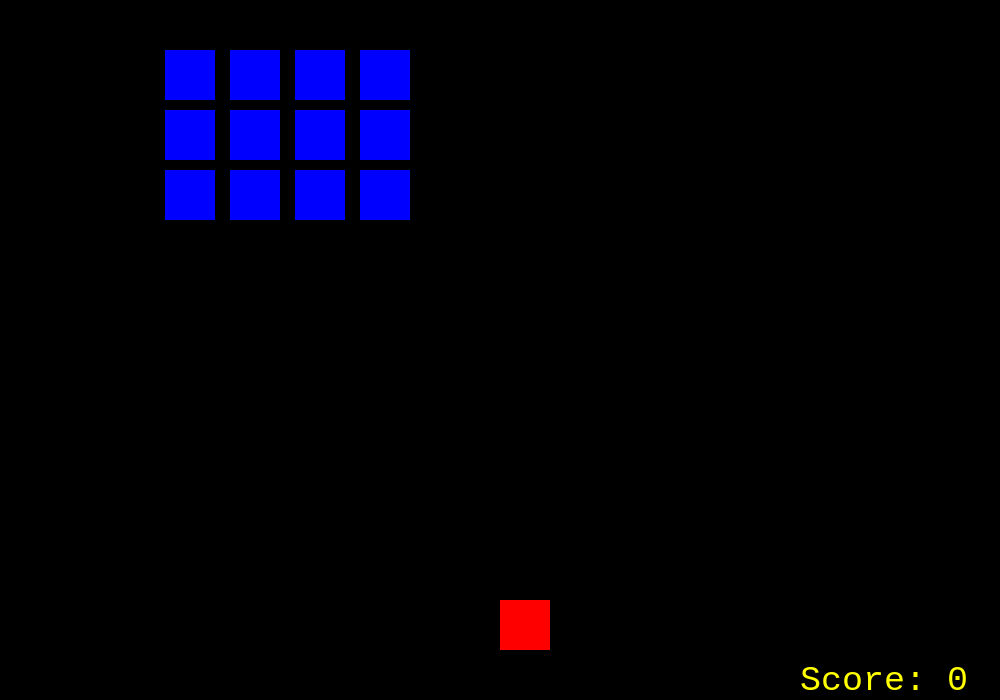
Repository: Igor-Boson/Space-Invaders-Python
Script's output: python main.py
These files come from the project's save history. The script's output is drawn as it stood at one moment and after the next save; the edit follows.
The window is shown after at most 60 frames with no key pressed. A system font it names is replaced by a similar one. Random numbers start from a fixed seed.

Above is the script's output before, as saved 2021-10-23 18:12:25.

### main.py
import sys
import pygame
from game import Game
from screen import Screen
from entity import Player
from handler import Handler

def play_game(handler):
    #initializing
    game.create_alien_matrix()
    game_over = False
    left = False
    right = False

    #running
    while not game_over:

        #AJEITAR O PLAYER MOVEMENT PRA FICAR MAIS FLUIDO
        for event in pygame.event.get():
            if event.type == pygame.QUIT:
                sys.exit()

            if event.type == pygame.KEYDOWN:
                if event.key == pygame.K_LEFT and player.x > 0:
                    left = True
                if event.key == pygame.K_RIGHT and \
                    player.x < (handler.screen.width - handler.player.size):
                    right = True
                if event.key == pygame.K_SPACE:
                    handler.game.fire()
            if event.type == pygame.KEYUP:
                if event.key == pygame.K_LEFT:
                    left = False
                if event.key == pygame.K_RIGHT:
                    right = False

        game.update(left, right)
        screen.update_screen()

        # if game.collision_check(player):
        #     game_over = True
        #     break

if __name__ == '__main__':
    pygame.init()

    handler = Handler()

    game = Game(handler)
    screen = Screen(handler)
    player = Player(handler, screen.width/2, screen.height - 100)

    handler.game = game
    handler.screen = screen
    handler.player = player

    play_game(handler)

### game.py
from entity import Player, Shot, Alien
import pygame

class Game:
    def __init__(self, handler, speed=10, score=0, max_shots=10, alien_matrix_height=3, alien_matrix_width=4, fire_delay=0.4):
        self.handler = handler
        self.speed = speed
        self.score = score
        self.max_shots = max_shots
        self.am_height = alien_matrix_height
        self.am_width = alien_matrix_width

        #create alien matrix function
        self.starting_x_value = 100
        self.starting_y_value = 50
        self.x_value_increase = 15 + Alien.ALIEN_SIZE
        self.y_value_increase = 10 + Alien.ALIEN_SIZE

        #fire function
        self.fire_delay = fire_delay
        self.fire_clock = None

        self.alien_list = []
        self.shot_list = []

    def create_alien_matrix(self):
        for w in range(self.am_width):
            for h in range(self.am_height):
                alien = Alien(self.handler, \
                            self.starting_x_value + self.x_value_increase*w, \
                            self.starting_y_value + self.y_value_increase*h)
                self.alien_list.append(alien)

    def update_player_position(self, left, right):
        if left and self.handler.player.x > 0:
            self.handler.player.x -= self.handler.player.speed
        if right and self.handler.player.x < (self.handler.screen.width - self.handler.player.size):
            self.handler.player.x += self.handler.player.speed

    def fire(self):
        if self.fire_clock == None:
            pass
        elif (pygame.time.get_ticks() - self.fire_clock) <= self.fire_delay*1000:
            return
        if len(self.shot_list) < self.max_shots:
            shot = Shot(self.handler, self.handler.player.x + self.handler.player.size/4, self.handler.player.y)
            self.shot_list.append(shot)
            self.fire_clock = pygame.time.get_ticks()

    def update_shot(self):
        for shot in self.shot_list:
            for alien in self.alien_list:
                if shot.detect_collision(alien):
                    shot.health -= 1
                    alien.health -= 1

        new_shot_list = []
        for shot in self.shot_list:
            if shot.y > 0 and shot.health > 0:
                shot.y -= shot.speed
                new_shot_list.append(shot)
        self.shot_list = new_shot_list


    def update_alien(self):
        new_alien_list = []
        for alien in self.alien_list:
            if alien.health > 0:
                alien.move()
                new_alien_list.append(alien)
            else:
                self.score += alien.score_value
        self.alien_list = new_alien_list

    def update(self, left, right):
        self.update_player_position(left, right)
        self.update_shot()
        self.update_alien()

    #ainda não ajeitei a enemy_list
    def collision_check(self, player):
        for enemy in self.enemy_list:
            if enemy.detect_collision(player):
                return True
        return False

### entity.py
from color import Color
import pygame

class Entity:
    def __init__(self, handler, x, y, size, color, speed):
        self.handler = handler
        self.x = x
        self.y = y
        self.size = size
        self.color = color
        self.speed = speed
        self.health = 1

    def draw(self, screen):
        pygame.draw.rect(screen, self.color, (self.x, self.y, self.size, self.size))

    def detect_collision(self, other):
        return pygame.Rect(self.x, self.y, self.size, self.size).colliderect(pygame.Rect(other.x, other.y, other.size, other.size))

    # def detect_collision(self, other):
    #     if (other.x >= self.x and other.x < (self.x + self.size)) or (self.x >= other.x and self.x < (other.x + other.size)):
    #         if (other.y >= self.y and other.y < (self.y + self.size)) or (self.y >= other.y and self.y < (other.y + self.size)):
    #             return True
    #     return False

class Player(Entity):
    def __init__(self, handler, x, y):
        super().__init__(handler, x, y, size=50, color=Color.RED, speed=10)

class Shot(Entity):
    def __init__(self, handler, x, y):
        super().__init__(handler, x, y, size=25, color=Color.YELLOW, speed=10)

class Alien(Entity):
    ALIEN_SIZE = 50
    def __init__(self, handler, x, y, starting_speed=1.0, speed_increase_factor=1.0):
        super().__init__(handler, x, y, size=50, color=Color.BLUE, speed=None)
        #o speed nessa classe é utilizado de outra maneira
        self.tick_counter = 0
        self.movement_counter = 0
        self.starting_speed = starting_speed
        self.speed_increase_factor = speed_increase_factor

        self.score_value = 10

    # the aliens first move all the all to the right
    # then go down, swap direction, and repeat
    # their speed should gradually as they go down the screen
    def move(self):
        # their movement shouldn't be "continuous", like the player's cannon
        # they should move in "leaps", and after a delay, move again, like in the original game

        self.tick_counter += 1

        # checks if it should go sideways or downwards

        # goes sideways
        if self.tick_counter == self.handler.screen.clock_tick:
            self.x += self.handler.game.x_value_increase
            self.tick_counter = 0
        # goes downwards, resets

### color.py
class Color:
    RED = (255,0,0)
    BLUE = (0,0,255)
    YELLOW = (255,255,0)
    BLACK = (0,0,0)

### screen.py
from color import Color
import pygame

class Screen:
    def __init__(self, handler, width=1000, height=700, background_color=Color.BLACK, font_type="monospace", font_size=35, clock_tick=60):
        self.handler = handler
        self.width = width
        self.height = height
        self.background_color = background_color
        self.screen = pygame.display.set_mode((width, height))
        self.font = pygame.font.SysFont(font_type, font_size)
        self.clock = pygame.time.Clock()
        self.clock_tick = clock_tick

    def refresh_background(self):
        self.screen.fill(self.background_color)

    def draw_player(self):
        self.handler.player.draw(self.screen)

    def draw_shots(self):
        for shot in self.handler.game.shot_list:
            shot.draw(self.screen)

    def draw_aliens(self):
        for alien in self.handler.game.alien_list:
            alien.draw(self.screen)

    def draw_score_label(self, color=Color.YELLOW):
        text = f"Score: {self.handler.game.score}"
        label = self.font.render(text, 1, color)
        self.screen.blit(label, (self.width-200, self.height-40))

    def update_screen(self):
        self.refresh_background()
        self.draw_player()
        self.draw_shots()
        self.draw_aliens()
        self.draw_score_label()

        self.clock.tick(self.clock_tick)
        pygame.display.update()

### handler.py
class Handler:
    def __init__(self):
        self.game = None
        self.screen = None
        self.player = None

After the next save:
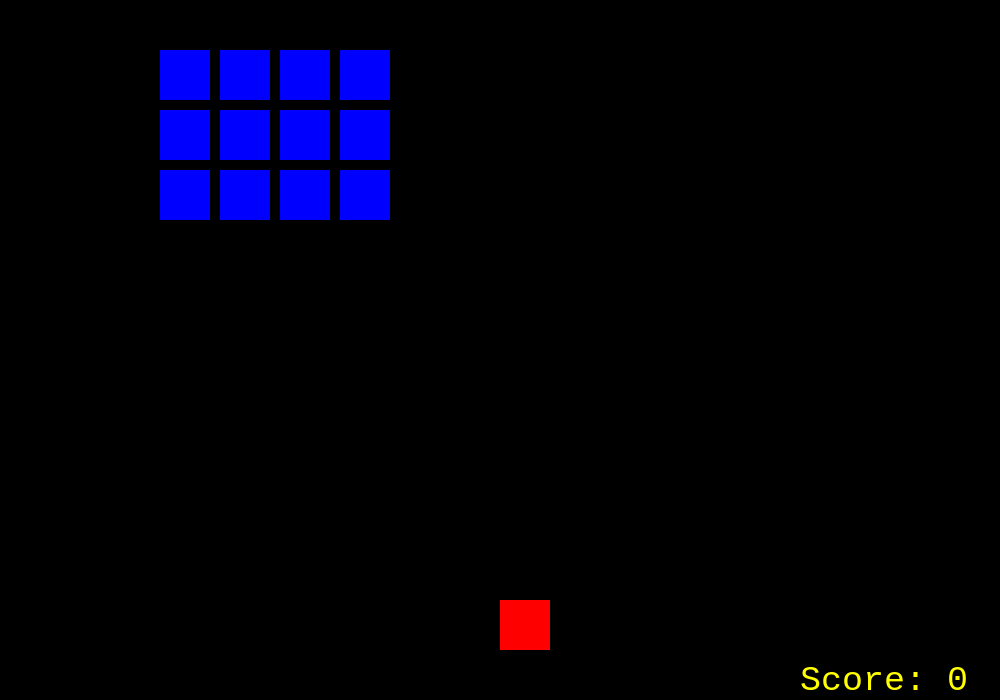
Saved 2 min 0 s later.
--- a/game.py
+++ b/game.py
@@ -13,7 +13,7 @@ class Game:
         #create alien matrix function
         self.starting_x_value = 100
         self.starting_y_value = 50
-        self.x_value_increase = 15 + Alien.ALIEN_SIZE
+        self.x_value_increase = 10 + Alien.ALIEN_SIZE
         self.y_value_increase = 10 + Alien.ALIEN_SIZE
 
         #fire function
